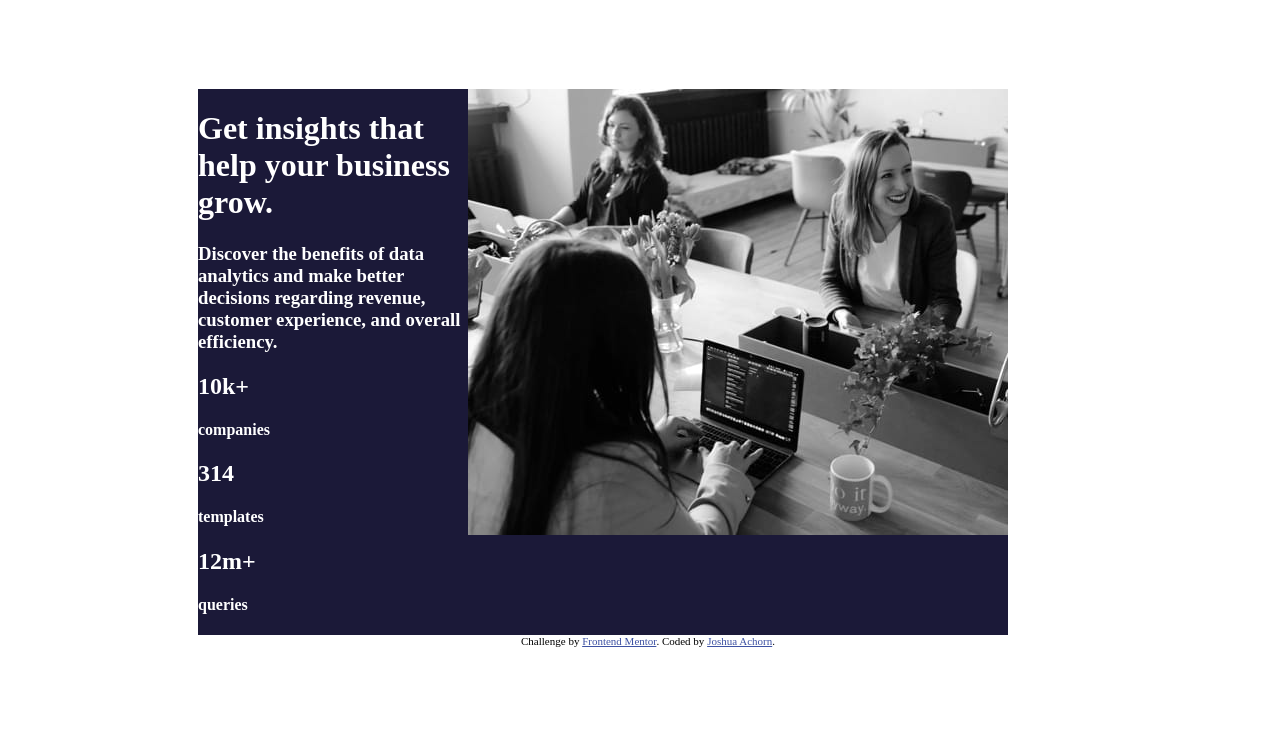
Repository: Achorn/stats-preview-card
Page: index.html
An editor plug-in stored every save of this project. The page is shown before and after the next save, followed by the edit.
The browser window is 1280 px wide. The page is 1288 px wide, so the pictures cover 1288 px, including what lies to the right of the window. The pictures show the whole page.

Above is the page before, as saved 2021-06-16 17:24:07.

After the next save:
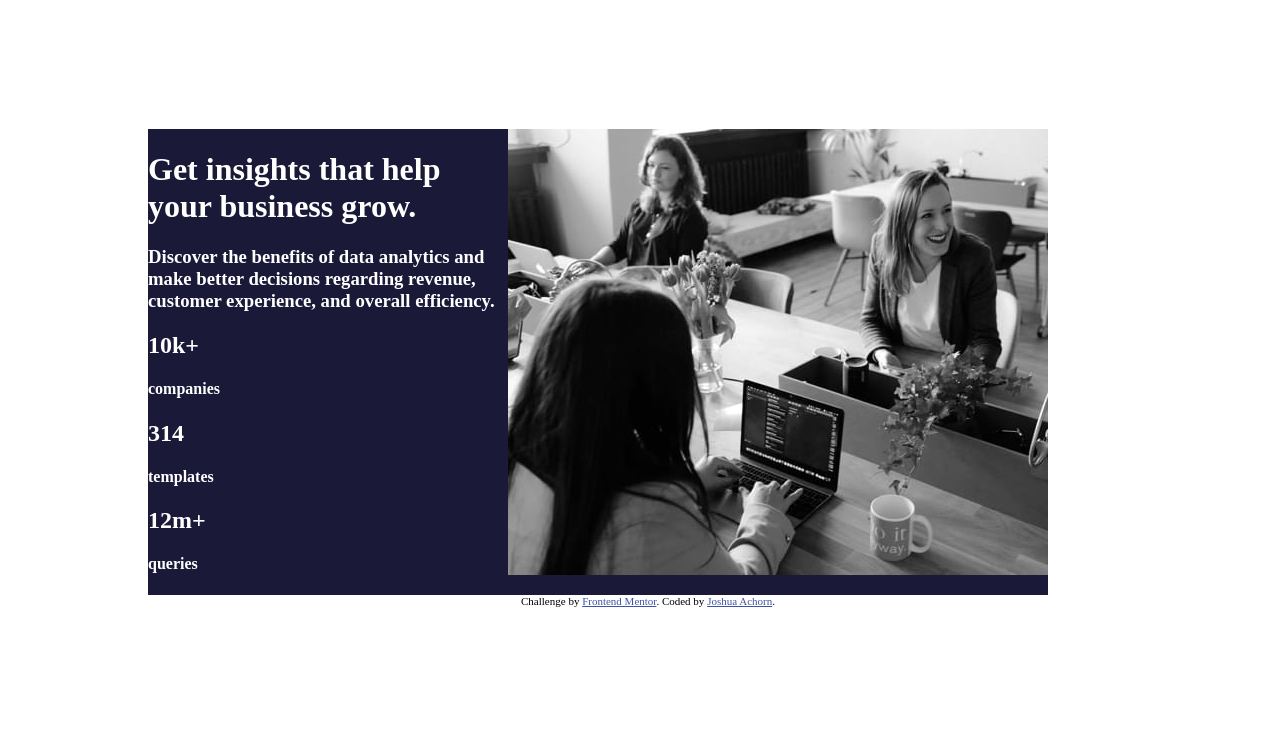
Saved 17 s later.
--- a/styles.css
+++ b/styles.css
@@ -10,7 +10,7 @@ body {
 
 #card-container {
   width: 90%;
-  max-width: 900px;
+  max-width: 1000px;
   color: white;
   background-color: hsl(244, 38%, 16%);
   display: flex;
